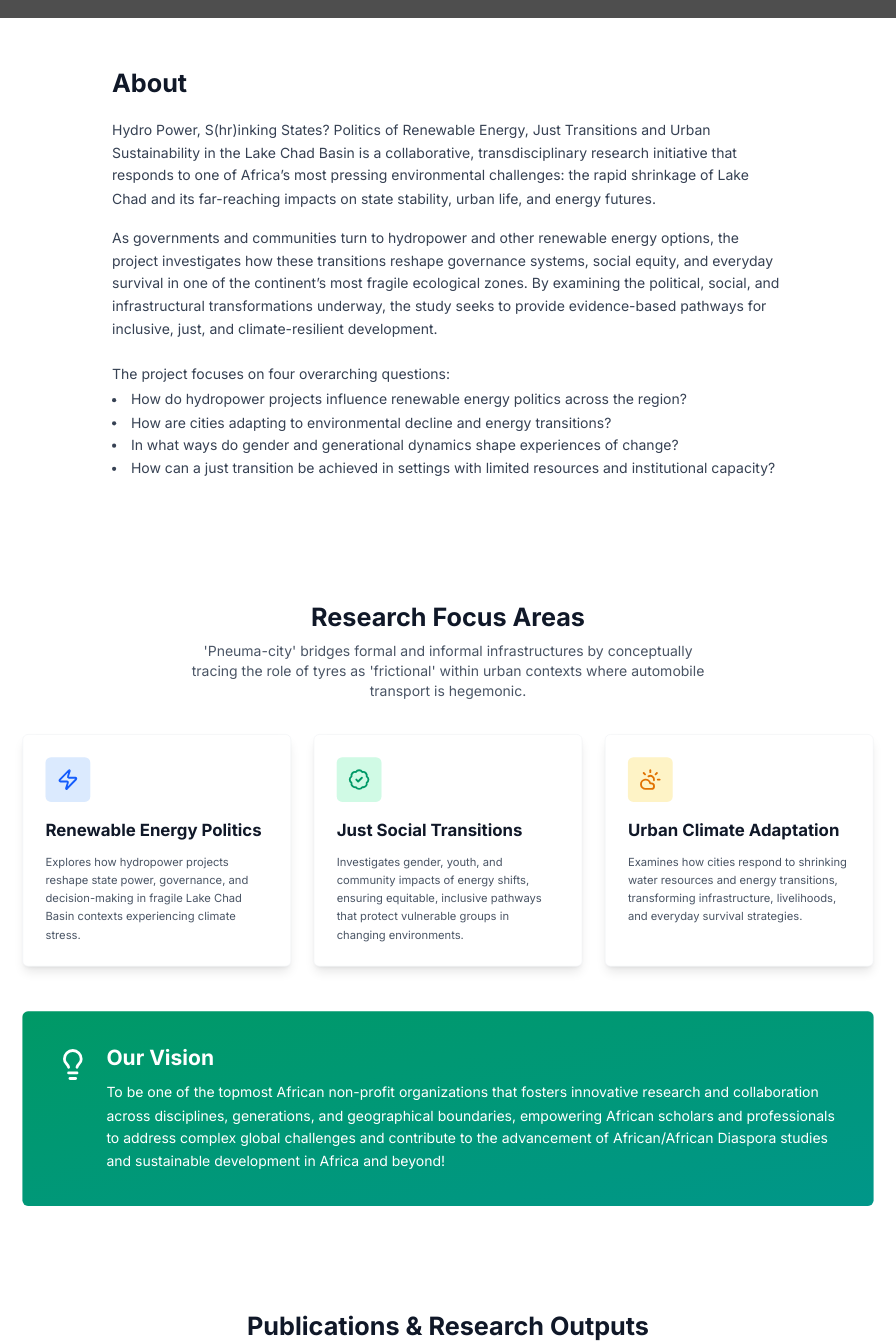
Repository: tiossdav/codesria
Page: /
The author's editor kept a copy of each file at every save. The page is drawn from the files as they stood at one save, then again after the next save.
The browser window is 1280 px wide. The pictures show the part of the page from y = 774 to 2694 px (the page is 5119 px tall), at 70% of full size.
Pictures or frames that could not be fetched are drawn as grey boxes. The project was rebuilt for these pictures with package versions that can differ from the ones it lists, and the page was loaded fresh each time. Also part of the build but not shown: vite.config.ts.

Above is the page before, as saved 2025-11-19 20:31:33.

### index.html
<!DOCTYPE html>
<html lang="en">
  <head>
    <meta charset="UTF-8" />
    <link rel="icon" type="image/svg+xml" href="/vite.svg" />
    <link href="/src/App.css" rel="stylesheet" />
    <link rel="preconnect" href="https://fonts.googleapis.com" />
    <link rel="preconnect" href="https://fonts.gstatic.com" crossorigin />
    <link
      href="https://fonts.googleapis.com/css2?family=Caveat:wght@400..700&family=Inter:ital,opsz,wght@0,14..32,100..900;1,14..32,100..900&family=Lobster&family=Raleway:ital,wght@0,100..900;1,100..900&display=swap"
      rel="stylesheet"
    />
    <meta name="viewport" content="width=device-width, initial-scale=1.0" />
    <title>codesria</title>
  </head>
  <body>
    <div id="root"></div>
    <script type="module" src="/src/main.tsx"></script>
  </body>
</html>

### src/App.css
@import "tailwindcss";

@theme {
  --font-inter: "Inter", sans-serif;
  --font-caveat: "Caveat", cursive;
  --font-lobster: "Lobster", cursive;
  --font-raleway: "Raleway", sans-serif;
}

### src/App.tsx
import { Route, Switch } from "wouter";
import Header from "./components/layout/Header";
import Footer from "./components/layout/Footer";
import Home from "./pages/Home";
import About from "./pages/About";
import Research from "./pages/Research";
import Team from "./pages/Team";
import Publications from "./pages/Publications";
import Contact from "./pages/Contact";

export default function App() {
  return (
    <div className="min-h-screen bg-white flex flex-col">
      <Header />

      <div className="flex-1">
        <Switch>
          <Route path="/" component={Home} />
          <Route path="/obj" component={About} />
          <Route path="/research" component={Research} />
          <Route path="/team" component={Team} />
          <Route path="/publications" component={Publications} />
          <Route path="/contact" component={Contact} />

          {/* 404 Route */}
          <Route>
            <div className="min-h-screen flex items-center justify-center">
              <div className="text-center">
                <h1 className="text-4xl font-bold text-gray-900 mb-4">404</h1>
                <p className="text-gray-600">Page not found</p>
              </div>
            </div>
          </Route>
        </Switch>
      </div>

      <Footer />
    </div>
  );
}

### src/components/layout/Header.tsx
import { useState } from "react";
import { Link, useLocation } from "wouter";
import { Menu, X } from "lucide-react";

type NavLink = {
  title: string;
  href: string;
};

const navlinks: NavLink[] = [
  { title: "Home", href: "/" },
  { title: "Aim & Objectives", href: "/obj" },
  { title: "Research", href: "/research" },
  { title: "Team", href: "/team" },
  { title: "Publications", href: "/publications" },
  { title: "Contact", href: "/contact" },
];

export default function Header() {
  const [location] = useLocation();
  const [open, setOpen] = useState(false);

  return (
    <nav className="bg-white shadow-sm fixed w-full top-0 z-50 border-b border-gray-200">
      <div className="max-w-7xl mx-auto px-4 sm:px-6 lg:px-4">
        <div className="flex justify-between items-center h-20">
          {/* Logo */}
          <Link href="/">
            <span className="font-caveat text-3xl text-gray-900 font-bold cursor-pointer">
              JustEnergyAfrica
            </span>
          </Link>

          {/* Desktop Menu */}
          <div className="hidden md:flex items-center font-inter space-x-8">
            {navlinks.map((nav, index) => (
              <Link
                key={index}
                href={nav.href}
                className={`text-[16px] font-medium transition-colors ${
                  location === nav.href
                    ? "text-slate-900"
                    : "text-slate-600 hover:text-slate-900"
                }`}
              >
                {nav.title}
              </Link>
            ))}
          </div>

          {/* Mobile Menu Button */}
          <button
            className="md:hidden p-2 rounded-md focus:outline-none"
            onClick={() => setOpen(!open)}
          >
            {open ? <X className="w-6 h-6" /> : <Menu className="w-6 h-6" />}
          </button>
        </div>
      </div>

      {/* Mobile Dropdown */}
      {open && (
        <div className="md:hidden bg-white border-t border-gray-200 shadow-sm font-inter">
          <ul className="flex flex-col p-4 space-y-4">
            {navlinks.map((nav, index) => (
              <Link
                key={index}
                href={nav.href}
                onClick={() => setOpen(false)}
                className={`text-[16px] font-medium ${
                  location === nav.href
                    ? "text-slate-900"
                    : "text-slate-600 hover:text-slate-900"
                }`}
              >
                {nav.title}
              </Link>
            ))}
          </ul>
        </div>
      )}
    </nav>
  );
}

### src/components/layout/Footer.tsx
function Footer() {
  return (
    <footer className="bg-gray-900 text-white py-12 mt-20">
      <div className="max-w-7xl mx-auto px-4 sm:px-6 lg:px-8">
        <div className="text-center mb-6">
          <p className="text-gray-300 mb-2">Funded by the British Academy</p>
          <p className="text-gray-400 text-sm">
            Part of the GCRF 'Urban Infrastructures of Well-Being' research
            programme
          </p>
        </div>
        <div className="text-center pt-6 border-t border-gray-700">
          <p className="text-gray-400">
            © 2024 Pneuma-City Research Project. All rights reserved.
          </p>
        </div>
      </div>
    </footer>
  );
}

export default Footer;

### src/pages/Home.tsx
import { useLocation } from "wouter";
import power from "../assets/power.jpg";
import About from "./About";
import Research from "./Research";
import Publications from "./Publications";
import Team from "./Team";
import Contact from "./Contact";

export default function Home() {
  const [, setLocation] = useLocation();

  return (
    <>
      {/* Hero Section */}
      <div className="relative h-screen mt-20 font-inter">
        <div className="absolute inset-0">
          <img
            src={power}
            alt="Urban African street"
            className="w-full h-full object-cover"
          />
          <div className="absolute inset-0 bg-black opacity-50"></div>
        </div>

        <div className="relative h-full flex items-center px-4">
          <div className="max-w-7xl mx-auto w-full">
            <div className="max-w-3xl">
              <h1 className="text-4xl md:text-5xl font-bold text-white mb-6 leading-tight">
                Hydro-Power S(hr)inking State: Renewable energy in Lake Chad
              </h1>
              <p className="text-xl md:text-2xl text-gray-100 mb-8 leading-relaxed">
                This research explores Lake Chad’s environmental crisis,
                analyzing hydropower, urban adaptation, gender equity, and just
                transition through comparative, mixed-method studies across Chad
                and Nigeria to inform inclusive, sustainable governance and
                development.
              </p>
              <div className="flex flex-col sm:flex-row gap-4">
                <button
                  onClick={() => setLocation("/obj")}
                  className="bg-emerald-600 hover:bg-emerald-700 text-white px-8 py-4 rounded-md font-semibold text-lg transition-colors"
                >
                  Learn More
                </button>
                <button
                  onClick={() => setLocation("/research")}
                  className="bg-white/10 backdrop-blur-sm hover:bg-white/20 border-2 border-white text-white px-8 py-4 rounded-md font-semibold text-lg transition-all"
                >
                  Our Research
                </button>
              </div>
            </div>
          </div>
        </div>
      </div>

      {/* All Sections Below Hero */}
      <About />
      <Research />
      <Publications />
      <Team />
      <Contact />
    </>
  );
}

### src/pages/About.tsx
function About() {
  return (
    <div className="max-w-5xl mx-auto mt-8 px-4 sm:px-6 lg:px-8 py-10 font-inter">
      <h2 className="text-4xl font-bold text-gray-900 mb-8">About</h2>
      <div className="prose prose-lg max-w-none">
        <p className="text-xl text-gray-700 leading-relaxed mb-6">
          Hydro Power, S(hr)inking States? Politics of Renewable Energy, Just
          Transitions and Urban Sustainability in the Lake Chad Basin is a
          collaborative, transdisciplinary research initiative that responds to
          one of Africa’s most pressing environmental challenges: the rapid
          shrinkage of Lake Chad and its far-reaching impacts on state
          stability, urban life, and energy futures.
        </p>
        <p className="text-xl text-gray-700 leading-relaxed mb-8">
          As governments and communities turn to hydropower and other renewable
          energy options, the project investigates how these transitions reshape
          governance systems, social equity, and everyday survival in one of the
          continent’s most fragile ecological zones. By examining the political,
          social, and infrastructural transformations underway, the study seeks
          to provide evidence-based pathways for inclusive, just, and
          climate-resilient development.
        </p>
        <p className="text-xl text-gray-700 leading-relaxed mb-1">
          The project focuses on four overarching questions:
        </p>
        <ul className="list-disc list-inside mb-6 text-xl text-gray-700 leading-relaxed ">
          <li>
            How do hydropower projects influence renewable energy politics
            across the region?
          </li>
          <li>
            How are cities adapting to environmental decline and energy
            transitions?
          </li>
          <li>
            In what ways do gender and generational dynamics shape experiences
            of change?
          </li>
          <li>
            How can a just transition be achieved in settings with limited
            resources and institutional capacity?
          </li>
        </ul>

        {/* <div className="bg-emerald-50 border-l-4 border-emerald-600 p-6 my-8">
          <p className="text-gray-800 italic">
            This project is funded by the British Academy and is part of the
            wider GCRF 'Urban Infrastructures of Well-Being' research programme.
          </p>
        </div> */}
      </div>
    </div>
  );
}

export default About;

### src/pages/Research.tsx
import {
  BadgeCheck,
  CloudSun,
  Globe,
  Lightbulb,
  Recycle,
  Users,
  Zap,
} from "lucide-react";

function Research() {
  return (
    <div className="max-w-7xl mx-auto mt-8 px-4 sm:px-6 lg:px-8 py-20 font-inter">
      <h2 className="text-4xl font-bold text-gray-900 mb-4 text-center">
        Research Focus Areas
      </h2>
      <p className="text-xl text-gray-600 mb-12 text-center max-w-3xl mx-auto">
        'Pneuma-city' bridges formal and informal infrastructures by
        conceptually tracing the role of tyres as 'frictional' within urban
        contexts where automobile transport is hegemonic.
      </p>

      <div className="grid md:grid-cols-3 gap-8 mb-16">
        <div className="bg-white p-8 rounded-lg shadow-lg border border-gray-100 hover:shadow-xl transition-shadow">
          <div className="bg-blue-100 w-16 h-16 rounded-lg flex items-center justify-center mb-6">
            <Zap className="h-8 w-8 text-blue-600" />
          </div>
          <h3 className="text-2xl font-bold text-gray-900 mb-4">
            Renewable Energy Politics
          </h3>
          <p className="text-gray-600 leading-relaxed">
            Explores how hydropower projects reshape state power, governance,
            and decision-making in fragile Lake Chad Basin contexts experiencing
            climate stress.
          </p>
        </div>

        <div className="bg-white p-8 rounded-lg shadow-lg border border-gray-100 hover:shadow-xl transition-shadow">
          <div className="bg-emerald-100 w-16 h-16 rounded-lg flex items-center justify-center mb-6">
            <BadgeCheck className="h-8 w-8 text-emerald-600" />
          </div>
          <h3 className="text-2xl font-bold text-gray-900 mb-4">
            Just Social Transitions
          </h3>
          <p className="text-gray-600 leading-relaxed">
            Investigates gender, youth, and community impacts of energy shifts,
            ensuring equitable, inclusive pathways that protect vulnerable
            groups in changing environments.
          </p>
        </div>

        <div className="bg-white p-8 rounded-lg shadow-lg border border-gray-100 hover:shadow-xl transition-shadow">
          <div className="bg-amber-100 w-16 h-16 rounded-lg flex items-center justify-center mb-6">
            <CloudSun className="h-8 w-8 text-amber-600" />
          </div>
          <h3 className="text-2xl font-bold text-gray-900 mb-4">
            Urban Climate Adaptation
          </h3>
          <p className="text-gray-600 leading-relaxed">
            Examines how cities respond to shrinking water resources and energy
            transitions, transforming infrastructure, livelihoods, and everyday
            survival strategies.
          </p>
        </div>
      </div>

      <div className="bg-linear-to-br from-emerald-600 to-teal-600 rounded-lg p-12 text-white">
        <div className="flex items-start">
          <Lightbulb className="h-12 w-12 mr-6 shrink-0 mt-1" />
          <div>
            <h3 className="text-3xl font-bold mb-4">Our Vision</h3>
            <p className="text-xl leading-relaxed">
              To be one of the topmost African non-profit organizations that
              fosters innovative research and collaboration across disciplines,
              generations, and geographical boundaries, empowering African
              scholars and professionals to address complex global challenges
              and contribute to the advancement of African/African Diaspora
              studies and sustainable development in Africa and beyond!
            </p>
          </div>
        </div>
      </div>
    </div>
  );
}

export default Research;

### src/pages/Team.tsx
const teamMembers = [
  {
    name: "Dr. Sarah Chen",
    role: "Principal Investigator",
    image:
      "https://images.unsplash.com/photo-1573496359142-b8d87734a5a2?w=400&h=400&fit=crop",
    bio: "Expert in sustainable urban development and environmental engineering",
  },
  {
    name: "Dr. Marcus Johnson",
    role: "Co-Investigator",
    image:
      "https://images.unsplash.com/photo-1560250097-0b93528c311a?w=400&h=400&fit=crop",
    bio: "Specializes in social sciences and informal economies research",
  },
  {
    name: "Dr. Aisha Patel",
    role: "Research Fellow",
    image:
      "https://images.unsplash.com/photo-1580489944761-15a19d654956?w=400&h=400&fit=crop",
    bio: "Focus on gender studies and urban livelihoods",
  },
  {
    name: "Alex Rivera",
    role: "Research Assistant",
    image:
      "https://images.unsplash.com/photo-1519345182560-3f2917c472ef?w=400&h=400&fit=crop",
    bio: "Researching circular economy models and waste management systems",
  },
];

function Team() {
  return (
    <div className="max-w-7xl mx-auto mt-8 px-4 sm:px-6 lg:px-8 py-10 font-inter">
      <h2 className="text-4xl font-bold text-gray-900 mb-4 text-center">
        Meet Our Team
      </h2>
      {/* <p className="text-xl text-gray-600 mb-12 text-center max-w-3xl mx-auto">
        Our interdisciplinary team combines expertise from engineering, social
        sciences, gender studies, and environmental sustainability
      </p> */}
      <div className="grid md:grid-cols-2 lg:grid-cols-4 gap-8">
        {teamMembers.map((member, index) => (
          <div
            key={index}
            className="bg-white rounded-lg shadow-lg overflow-hidden border border-gray-100 hover:shadow-xl transition-shadow"
          >
            <img
              src={member.image}
              alt={member.name}
              className="w-full h-64 object-cover"
            />
            <div className="p-6">
              <h3 className="text-xl font-bold text-gray-900 mb-1">
                {member.name}
              </h3>
              <p className="text-emerald-600 font-semibold mb-3">
                {member.role}
              </p>
              <p className="text-gray-600 text-sm leading-relaxed">
                {member.bio}
              </p>
            </div>
          </div>
        ))}
      </div>
    </div>
  );
}

export default Team;

### src/pages/Publications.tsx
import { ExternalLink } from "lucide-react";

const publications = [
  {
    title: "End-of-Life Tyres in African Urban Contexts",
    authors: "Chen, S., Johnson, M., Patel, A.",
    journal: "Environmental Science & Policy",
    year: "2024",
    link: "#",
  },
  {
    title: "Gendered Informal Economies: Tyre Repair Work in Lagos",
    authors: "Patel, A., Johnson, M., Chen, S.",
    journal: "Urban Studies",
    year: "2024",
    link: "#",
  },
  {
    title: "Circular Economy Solutions for Urban Waste",
    authors: "Chen, S., Rivera, A.",
    journal: "Sustainability Journal",
    year: "2023",
    link: "#",
  },
];

function Publications() {
  return (
    <div className="max-w-5xl mx-auto mt-8 px-4 sm:px-6 lg:px-8 py-10 font-inter">
      <h2 className="text-4xl font-bold text-gray-900 mb-12 text-center">
        Publications & Research Outputs
      </h2>
      <div className="space-y-6">
        {publications.map((pub, index) => (
          <div
            key={index}
            className="bg-white p-8 rounded-lg shadow-lg border border-gray-100 hover:shadow-xl transition-shadow"
          >
            <h3 className="text-2xl font-bold text-gray-900 mb-3">
              {pub.title}
            </h3>
            <p className="text-gray-600 mb-2">{pub.authors}</p>
            <p className="text-emerald-600 font-semibold mb-4">
              {pub.journal} ({pub.year})
            </p>
            <a
              href={pub.link}
              className="inline-flex items-center text-emerald-600 hover:text-emerald-700 font-medium"
            >
              Read Full Paper <ExternalLink className="ml-2 h-4 w-4" />
            </a>
          </div>
        ))}
      </div>
    </div>
  );
}

export default Publications;

### src/pages/Contact.tsx
import { Mail, Target } from "lucide-react";

function Contact() {
  return (
    <div className="max-w-3xl mx-auto mt-8 px-4 sm:px-6 lg:px-8 py-10 font-inter">
      <h2 className="text-4xl font-bold text-gray-900 mb-4 text-center">
        Get Involved
      </h2>
      <p className="text-xl text-gray-600 mb-12 text-center">
        Interested in collaborating or learning more about our work? We welcome
        inquiries from researchers, practitioners, and community organizations.
      </p>
      <div className="bg-white p-10 rounded-lg shadow-lg border border-gray-100">
        <div className="space-y-8">
          <div className="flex items-start">
            <Mail className="h-6 w-6 text-emerald-600 mt-1 mr-4 shrink-0" />
            <div>
              <h3 className="font-bold text-gray-900 mb-2 text-lg">Email Us</h3>
              <p className="text-gray-600">graduateresearchclinic@gmail.com</p>
            </div>
          </div>

          <div className="flex items-start">
            <Target className="h-6 w-6 text-emerald-600 mt-1 mr-4 shrink-0" />
            <div>
              <h3 className="font-bold text-gray-900 mb-2 text-lg">
                Research Location
              </h3>
              <p className="text-gray-600">Ibadan, Nigeria.</p>
            </div>
          </div>

          <div className="pt-6 border-t border-gray-200">
            <h3 className="font-bold text-gray-900 mb-4 text-lg">
              Collaboration Opportunities
            </h3>
            <p className="text-gray-600 mb-6 leading-relaxed">
              We're open to partnerships with academic institutions, NGOs,
              government agencies, and community organizations working on
              sustainable urban development and circular economy initiatives.
            </p>
            <button className="w-full bg-emerald-600 hover:bg-emerald-700 text-white px-6 py-4 rounded-md font-semibold transition-colors">
              Send Inquiry
            </button>
          </div>
        </div>
      </div>
    </div>
  );
}

export default Contact;

Loaded but not shown: src/main.tsx (common file)

After the next save:
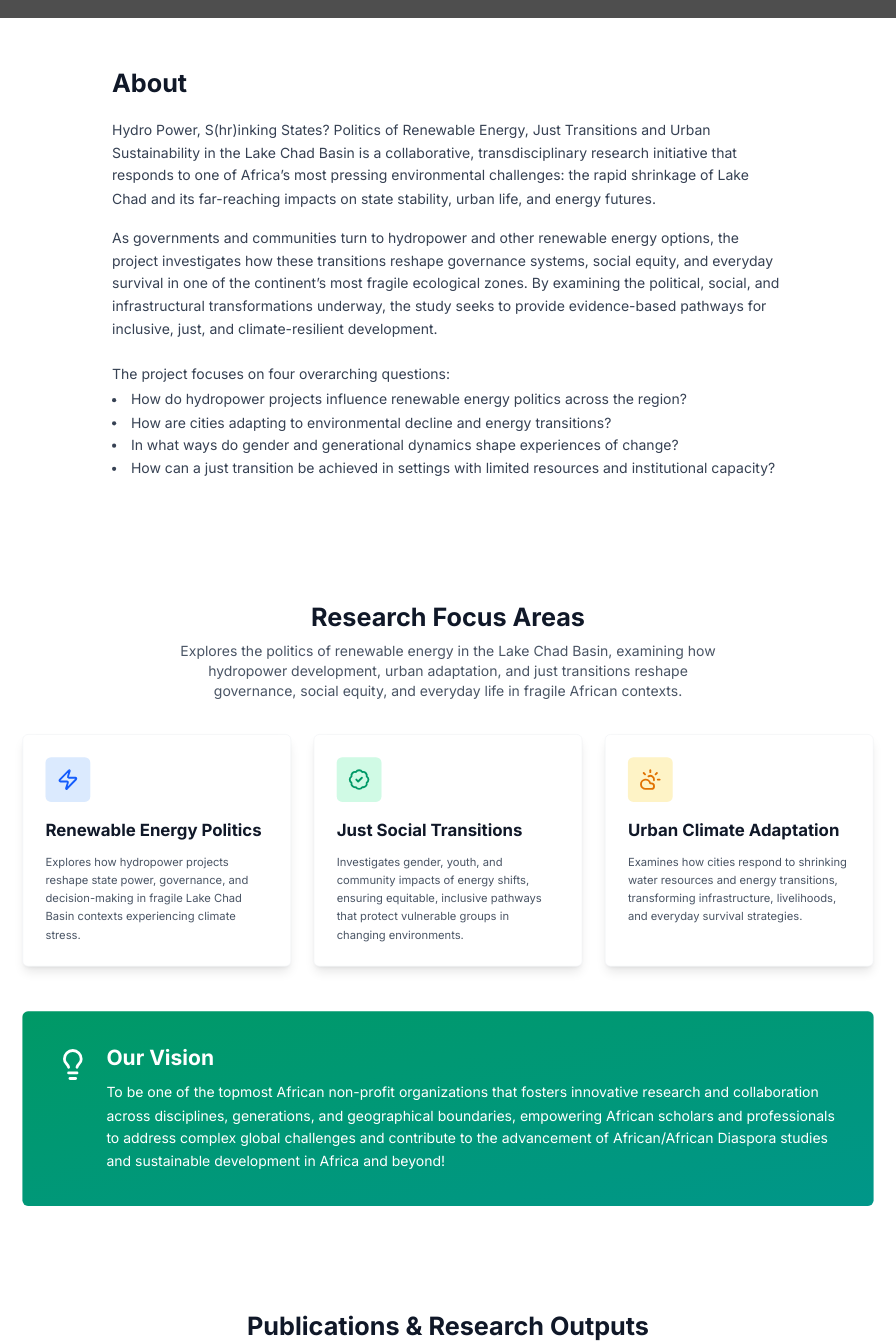
Saved 3 min 16 s later.
--- a/src/pages/Research.tsx
+++ b/src/pages/Research.tsx
@@ -15,9 +15,10 @@ function Research() {
         Research Focus Areas
       </h2>
       <p className="text-xl text-gray-600 mb-12 text-center max-w-3xl mx-auto">
-        'Pneuma-city' bridges formal and informal infrastructures by
-        conceptually tracing the role of tyres as 'frictional' within urban
-        contexts where automobile transport is hegemonic.
+        Explores the politics of renewable energy in the Lake Chad Basin,
+        examining how hydropower development, urban adaptation, and just
+        transitions reshape governance, social equity, and everyday life in
+        fragile African contexts.
       </p>
 
       <div className="grid md:grid-cols-3 gap-8 mb-16">
